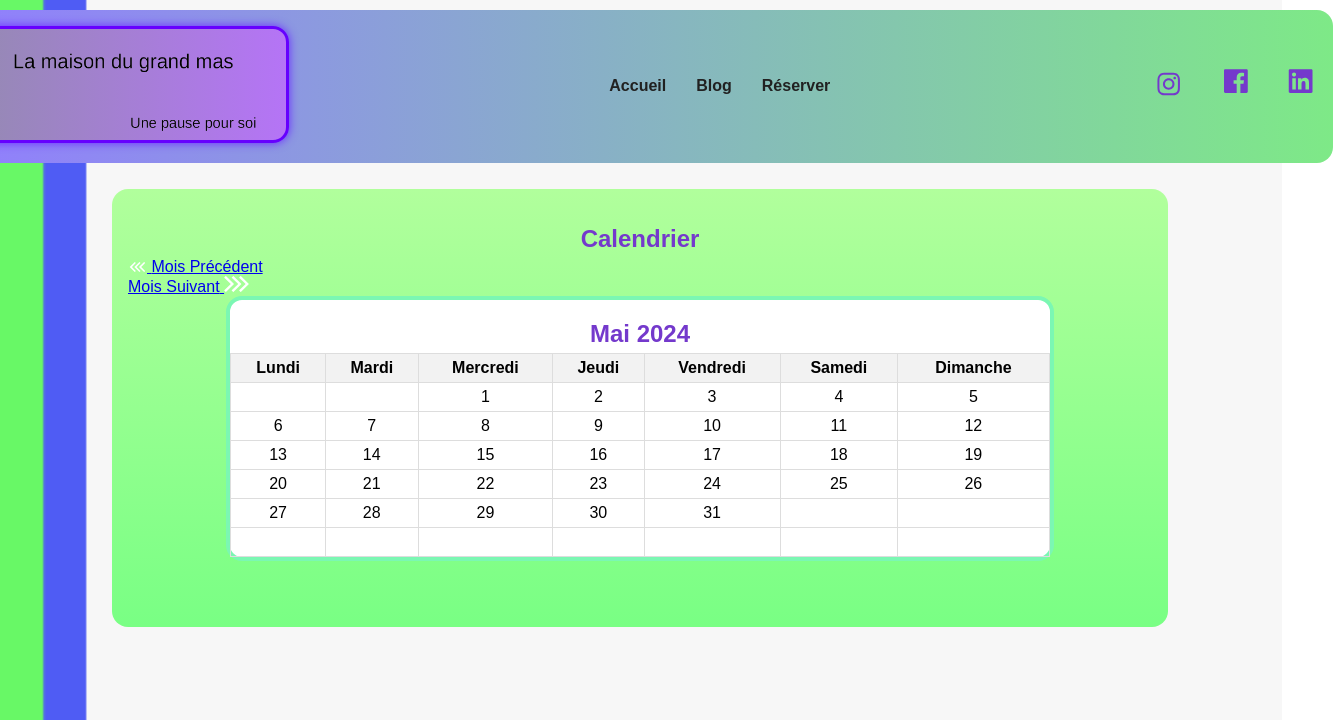
Repository: Crosnierpaul/Les_Rangers_de_Pouvoir
Page: http://localhost/entretien
The author's editor kept a copy of each file at every save. The page is drawn from the files as they stood at one save, then again after the next save.
The browser window is 1280 px wide. The page is 1333 px wide, so the pictures cover 1333 px, including what lies to the right of the window. The pictures show the whole page.
The page is served by the project's Node server (site/server.js).

Above is the page before, as saved 2024-05-07 14:58:37.

After the next save:
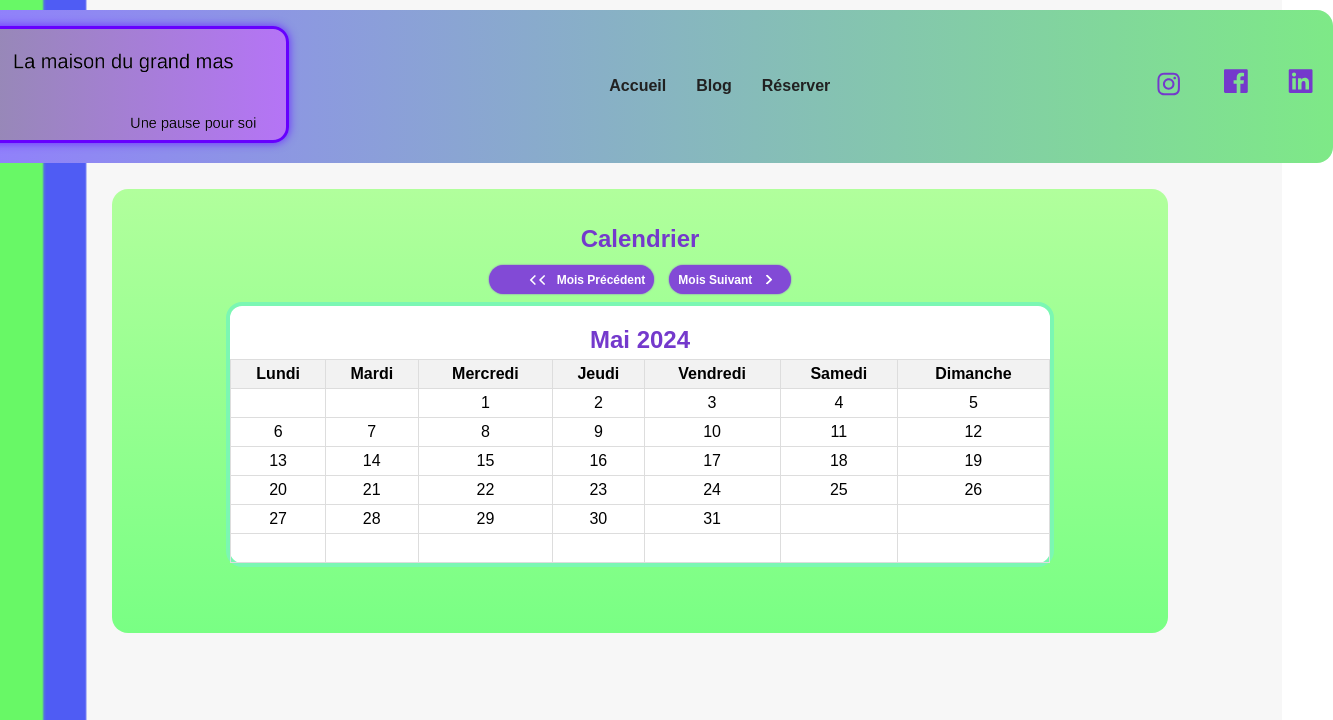
Saved 8 s later.
--- a/site/public/views/entretien.ejs
+++ b/site/public/views/entretien.ejs
@@ -5,7 +5,7 @@
     <meta name="viewport" content="width=device-width, initial-scale=1.0">
     <link rel="stylesheet" href="../css/entretien.css">
     <link rel="stylesheet" href="../css/style.css">
-    <link rel="stylesheet" href="../css/style.css">
+    <link rel="stylesheet" href="../css/button.css">
     <title>Calendrier</title>
 </head>
 <body>
